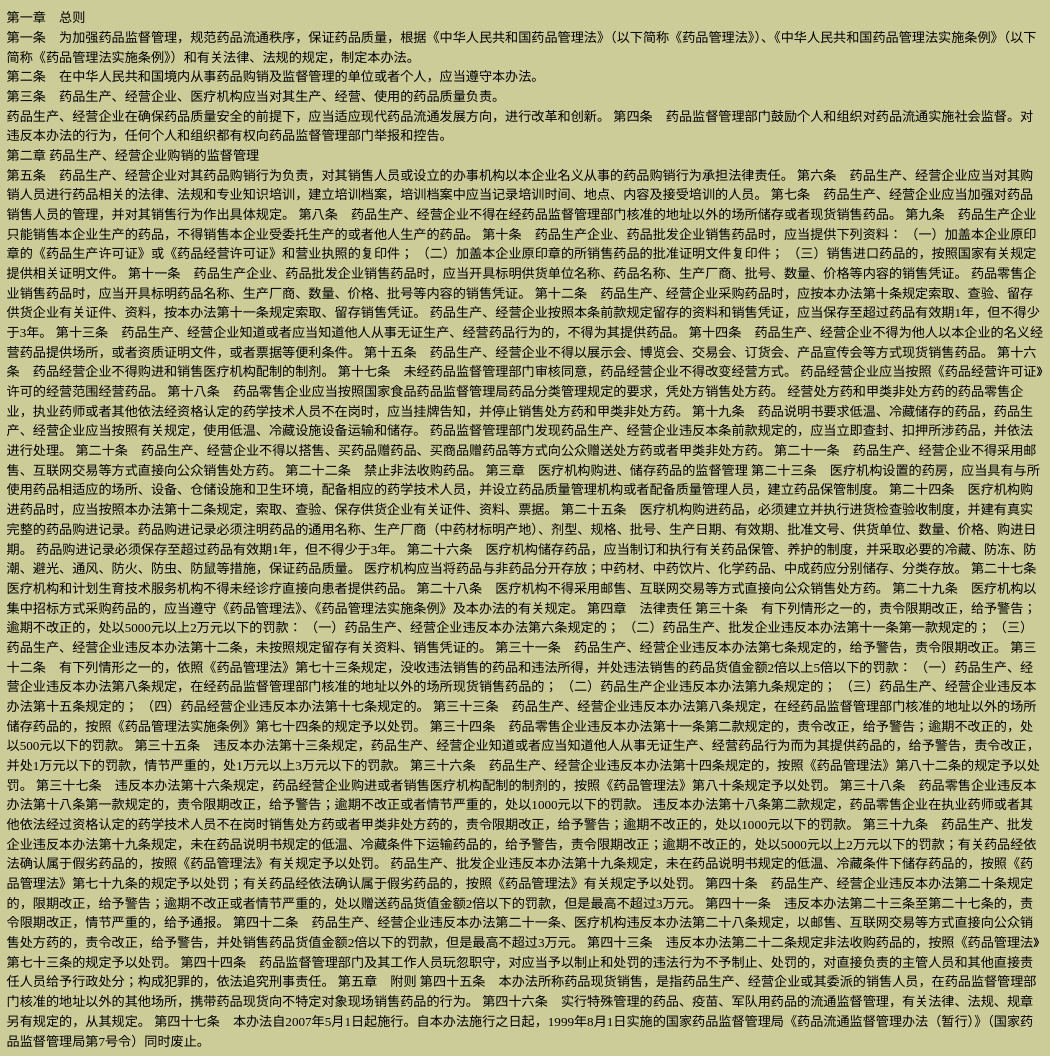
Repository: Shaoxubao/Java
Page: http://localhost/msm/jsp/rule/rules.jsp
The author's editor kept a copy of each file at every save. The page is drawn from the files as they stood at one save, then again after the next save.
The browser window is 1280 px wide. The pictures show the whole page, at 82% of full size.
The page is served by Tomcat 9. Nobody is signed in. The application's start-up code is not run. Other server files are loaded and not shown.

Above is the page before, as saved 2015-06-13 17:50:34.

### msm/WebContent/jsp/rule/rules.jsp
<%@ page language="java" contentType="text/html; charset=UTF-8"
    pageEncoding="UTF-8"%>
<!DOCTYPE html>
<html>
<head>
<meta http-equiv="Content-Type" content="text/html; charset=UTF-8">
<title>Insert title here</title>
</head>
<body bgcolor="#CCCC99">
第一章　总则<br>

第一条　为加强药品监督管理，规范药品流通秩序，保证药品质量，根据《中华人民共和国药品管理法》（以下简称《药品管理法》）、《中华人民共和国药品管理法实施条例》（以下简称《药品管理法实施条例》）和有关法律、法规的规定，制定本办法。<br>
第二条　在中华人民共和国境内从事药品购销及监督管理的单位或者个人，应当遵守本办法。<br>
第三条　药品生产、经营企业、医疗机构应当对其生产、经营、使用的药品质量负责。<br>
药品生产、经营企业在确保药品质量安全的前提下，应当适应现代药品流通发展方向，进行改革和创新。
第四条　药品监督管理部门鼓励个人和组织对药品流通实施社会监督。对违反本办法的行为，任何个人和组织都有权向药品监督管理部门举报和控告。<br>
第二章 药品生产、经营企业购销的监督管理<br>

第五条　药品生产、经营企业对其药品购销行为负责，对其销售人员或设立的办事机构以本企业名义从事的药品购销行为承担法律责任。
第六条　药品生产、经营企业应当对其购销人员进行药品相关的法律、法规和专业知识培训，建立培训档案，培训档案中应当记录培训时间、地点、内容及接受培训的人员。
第七条　药品生产、经营企业应当加强对药品销售人员的管理，并对其销售行为作出具体规定。
第八条　药品生产、经营企业不得在经药品监督管理部门核准的地址以外的场所储存或者现货销售药品。
第九条　药品生产企业只能销售本企业生产的药品，不得销售本企业受委托生产的或者他人生产的药品。
第十条　药品生产企业、药品批发企业销售药品时，应当提供下列资料：
（一）加盖本企业原印章的《药品生产许可证》或《药品经营许可证》和营业执照的复印件；
（二）加盖本企业原印章的所销售药品的批准证明文件复印件；
（三）销售进口药品的，按照国家有关规定提供相关证明文件。
第十一条　药品生产企业、药品批发企业销售药品时，应当开具标明供货单位名称、药品名称、生产厂商、批号、数量、价格等内容的销售凭证。
药品零售企业销售药品时，应当开具标明药品名称、生产厂商、数量、价格、批号等内容的销售凭证。
第十二条　药品生产、经营企业采购药品时，应按本办法第十条规定索取、查验、留存供货企业有关证件、资料，按本办法第十一条规定索取、留存销售凭证。
药品生产、经营企业按照本条前款规定留存的资料和销售凭证，应当保存至超过药品有效期1年，但不得少于3年。
第十三条　药品生产、经营企业知道或者应当知道他人从事无证生产、经营药品行为的，不得为其提供药品。
第十四条　药品生产、经营企业不得为他人以本企业的名义经营药品提供场所，或者资质证明文件，或者票据等便利条件。
第十五条　药品生产、经营企业不得以展示会、博览会、交易会、订货会、产品宣传会等方式现货销售药品。
第十六条　药品经营企业不得购进和销售医疗机构配制的制剂。
第十七条　未经药品监督管理部门审核同意，药品经营企业不得改变经营方式。
药品经营企业应当按照《药品经营许可证》许可的经营范围经营药品。
第十八条　药品零售企业应当按照国家食品药品监督管理局药品分类管理规定的要求，凭处方销售处方药。
经营处方药和甲类非处方药的药品零售企业，执业药师或者其他依法经资格认定的药学技术人员不在岗时，应当挂牌告知，并停止销售处方药和甲类非处方药。
第十九条　药品说明书要求低温、冷藏储存的药品，药品生产、经营企业应当按照有关规定，使用低温、冷藏设施设备运输和储存。
药品监督管理部门发现药品生产、经营企业违反本条前款规定的，应当立即查封、扣押所涉药品，并依法进行处理。
第二十条　药品生产、经营企业不得以搭售、买药品赠药品、买商品赠药品等方式向公众赠送处方药或者甲类非处方药。
第二十一条　药品生产、经营企业不得采用邮售、互联网交易等方式直接向公众销售处方药。
第二十二条　禁止非法收购药品。
第三章　医疗机构购进、储存药品的监督管理

第二十三条　医疗机构设置的药房，应当具有与所使用药品相适应的场所、设备、仓储设施和卫生环境，配备相应的药学技术人员，并设立药品质量管理机构或者配备质量管理人员，建立药品保管制度。
第二十四条　医疗机构购进药品时，应当按照本办法第十二条规定，索取、查验、保存供货企业有关证件、资料、票据。
第二十五条　医疗机构购进药品，必须建立并执行进货检查验收制度，并建有真实完整的药品购进记录。药品购进记录必须注明药品的通用名称、生产厂商（中药材标明产地）、剂型、规格、批号、生产日期、有效期、批准文号、供货单位、数量、价格、购进日期。
药品购进记录必须保存至超过药品有效期1年，但不得少于3年。
第二十六条　医疗机构储存药品，应当制订和执行有关药品保管、养护的制度，并采取必要的冷藏、防冻、防潮、避光、通风、防火、防虫、防鼠等措施，保证药品质量。
医疗机构应当将药品与非药品分开存放；中药材、中药饮片、化学药品、中成药应分别储存、分类存放。
第二十七条　医疗机构和计划生育技术服务机构不得未经诊疗直接向患者提供药品。
第二十八条　医疗机构不得采用邮售、互联网交易等方式直接向公众销售处方药。
第二十九条　医疗机构以集中招标方式采购药品的，应当遵守《药品管理法》、《药品管理法实施条例》及本办法的有关规定。
第四章　法律责任

第三十条　有下列情形之一的，责令限期改正，给予警告；逾期不改正的，处以5000元以上2万元以下的罚款：
（一）药品生产、经营企业违反本办法第六条规定的；
（二）药品生产、批发企业违反本办法第十一条第一款规定的；
（三）药品生产、经营企业违反本办法第十二条，未按照规定留存有关资料、销售凭证的。
第三十一条　药品生产、经营企业违反本办法第七条规定的，给予警告，责令限期改正。
第三十二条　有下列情形之一的，依照《药品管理法》第七十三条规定，没收违法销售的药品和违法所得，并处违法销售的药品货值金额2倍以上5倍以下的罚款：
（一）药品生产、经营企业违反本办法第八条规定，在经药品监督管理部门核准的地址以外的场所现货销售药品的；
（二）药品生产企业违反本办法第九条规定的；
（三）药品生产、经营企业违反本办法第十五条规定的；
（四）药品经营企业违反本办法第十七条规定的。
第三十三条　药品生产、经营企业违反本办法第八条规定，在经药品监督管理部门核准的地址以外的场所储存药品的，按照《药品管理法实施条例》第七十四条的规定予以处罚。
第三十四条　药品零售企业违反本办法第十一条第二款规定的，责令改正，给予警告；逾期不改正的，处以500元以下的罚款。
第三十五条　违反本办法第十三条规定，药品生产、经营企业知道或者应当知道他人从事无证生产、经营药品行为而为其提供药品的，给予警告，责令改正，并处1万元以下的罚款，情节严重的，处1万元以上3万元以下的罚款。
第三十六条　药品生产、经营企业违反本办法第十四条规定的，按照《药品管理法》第八十二条的规定予以处罚。
第三十七条　违反本办法第十六条规定，药品经营企业购进或者销售医疗机构配制的制剂的，按照《药品管理法》第八十条规定予以处罚。
第三十八条　药品零售企业违反本办法第十八条第一款规定的，责令限期改正，给予警告；逾期不改正或者情节严重的，处以1000元以下的罚款。
违反本办法第十八条第二款规定，药品零售企业在执业药师或者其他依法经过资格认定的药学技术人员不在岗时销售处方药或者甲类非处方药的，责令限期改正，给予警告；逾期不改正的，处以1000元以下的罚款。
第三十九条　药品生产、批发企业违反本办法第十九条规定，未在药品说明书规定的低温、冷藏条件下运输药品的，给予警告，责令限期改正；逾期不改正的，处以5000元以上2万元以下的罚款；有关药品经依法确认属于假劣药品的，按照《药品管理法》有关规定予以处罚。
药品生产、批发企业违反本办法第十九条规定，未在药品说明书规定的低温、冷藏条件下储存药品的，按照《药品管理法》第七十九条的规定予以处罚；有关药品经依法确认属于假劣药品的，按照《药品管理法》有关规定予以处罚。
第四十条　药品生产、经营企业违反本办法第二十条规定的，限期改正，给予警告；逾期不改正或者情节严重的，处以赠送药品货值金额2倍以下的罚款，但是最高不超过3万元。
第四十一条　违反本办法第二十三条至第二十七条的，责令限期改正，情节严重的，给予通报。
第四十二条　药品生产、经营企业违反本办法第二十一条、医疗机构违反本办法第二十八条规定，以邮售、互联网交易等方式直接向公众销售处方药的，责令改正，给予警告，并处销售药品货值金额2倍以下的罚款，但是最高不超过3万元。
第四十三条　违反本办法第二十二条规定非法收购药品的，按照《药品管理法》第七十三条的规定予以处罚。
第四十四条　药品监督管理部门及其工作人员玩忽职守，对应当予以制止和处罚的违法行为不予制止、处罚的，对直接负责的主管人员和其他直接责任人员给予行政处分；构成犯罪的，依法追究刑事责任。
第五章　附则

第四十五条　本办法所称药品现货销售，是指药品生产、经营企业或其委派的销售人员，在药品监督管理部门核准的地址以外的其他场所，携带药品现货向不特定对象现场销售药品的行为。
第四十六条　实行特殊管理的药品、疫苗、军队用药品的流通监督管理，有关法律、法规、规章另有规定的，从其规定。
第四十七条　本办法自2007年5月1日起施行。自本办法施行之日起，1999年8月1日实施的国家药品监督管理局《药品流通监督管理办法（暂行）》（国家药品监督管理局第7号令）同时废止。
</body>
</html>

After the next save:
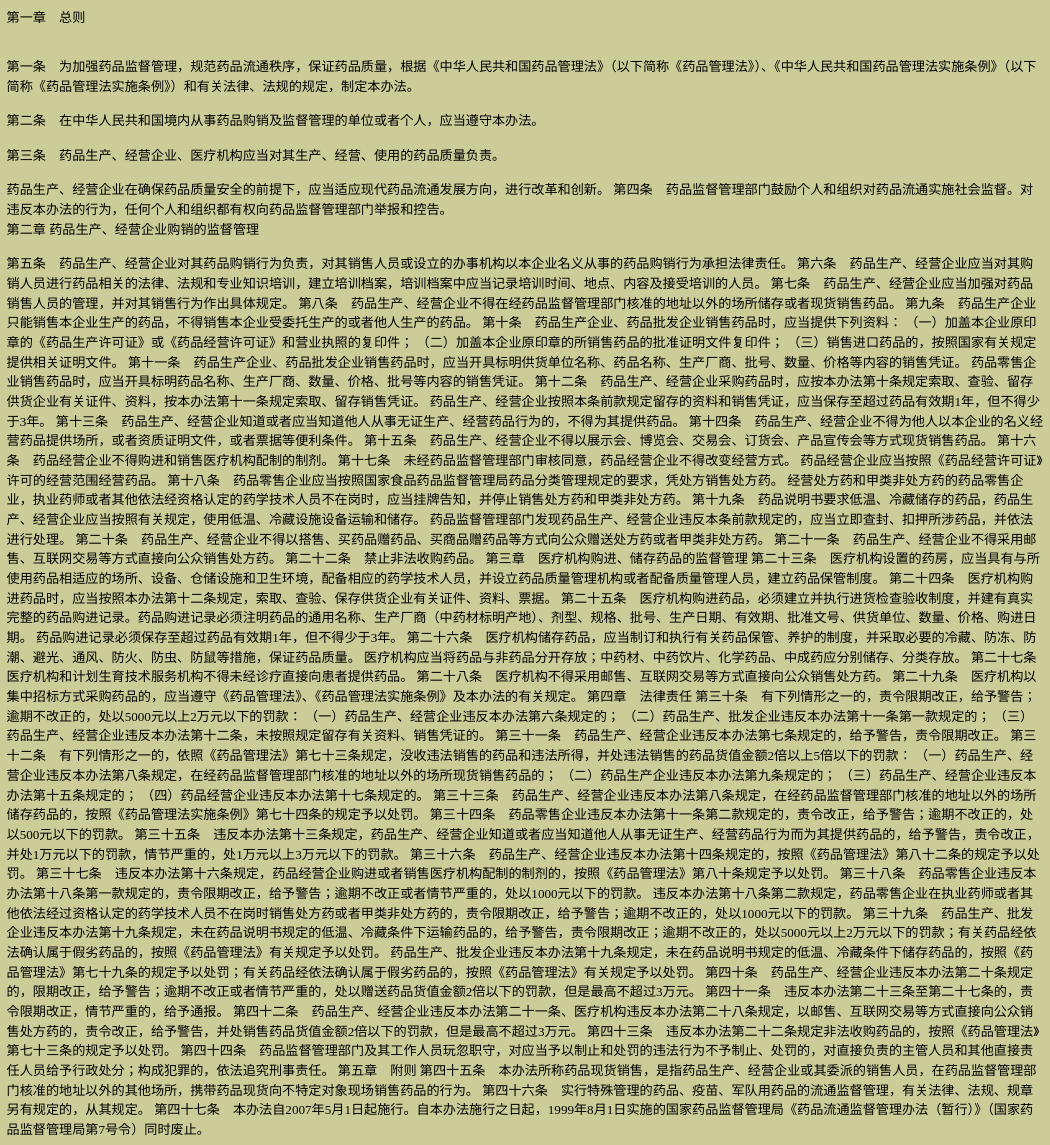
Saved 45 s later.
--- a/msm/WebContent/jsp/rule/rules.jsp
+++ b/msm/WebContent/jsp/rule/rules.jsp
@@ -7,14 +7,14 @@
 <title>Insert title here</title>
 </head>
 <body bgcolor="#CCCC99">
-第一章　总则<br>
+第一章　总则<br><br><br>
 
-第一条　为加强药品监督管理，规范药品流通秩序，保证药品质量，根据《中华人民共和国药品管理法》（以下简称《药品管理法》）、《中华人民共和国药品管理法实施条例》（以下简称《药品管理法实施条例》）和有关法律、法规的规定，制定本办法。<br>
-第二条　在中华人民共和国境内从事药品购销及监督管理的单位或者个人，应当遵守本办法。<br>
-第三条　药品生产、经营企业、医疗机构应当对其生产、经营、使用的药品质量负责。<br>
+第一条　为加强药品监督管理，规范药品流通秩序，保证药品质量，根据《中华人民共和国药品管理法》（以下简称《药品管理法》）、《中华人民共和国药品管理法实施条例》（以下简称《药品管理法实施条例》）和有关法律、法规的规定，制定本办法。<br><br>
+第二条　在中华人民共和国境内从事药品购销及监督管理的单位或者个人，应当遵守本办法。<br><br>
+第三条　药品生产、经营企业、医疗机构应当对其生产、经营、使用的药品质量负责。<br><br>
 药品生产、经营企业在确保药品质量安全的前提下，应当适应现代药品流通发展方向，进行改革和创新。
 第四条　药品监督管理部门鼓励个人和组织对药品流通实施社会监督。对违反本办法的行为，任何个人和组织都有权向药品监督管理部门举报和控告。<br>
-第二章 药品生产、经营企业购销的监督管理<br>
+第二章 药品生产、经营企业购销的监督管理<br><br>
 
 第五条　药品生产、经营企业对其药品购销行为负责，对其销售人员或设立的办事机构以本企业名义从事的药品购销行为承担法律责任。
 第六条　药品生产、经营企业应当对其购销人员进行药品相关的法律、法规和专业知识培训，建立培训档案，培训档案中应当记录培训时间、地点、内容及接受培训的人员。
